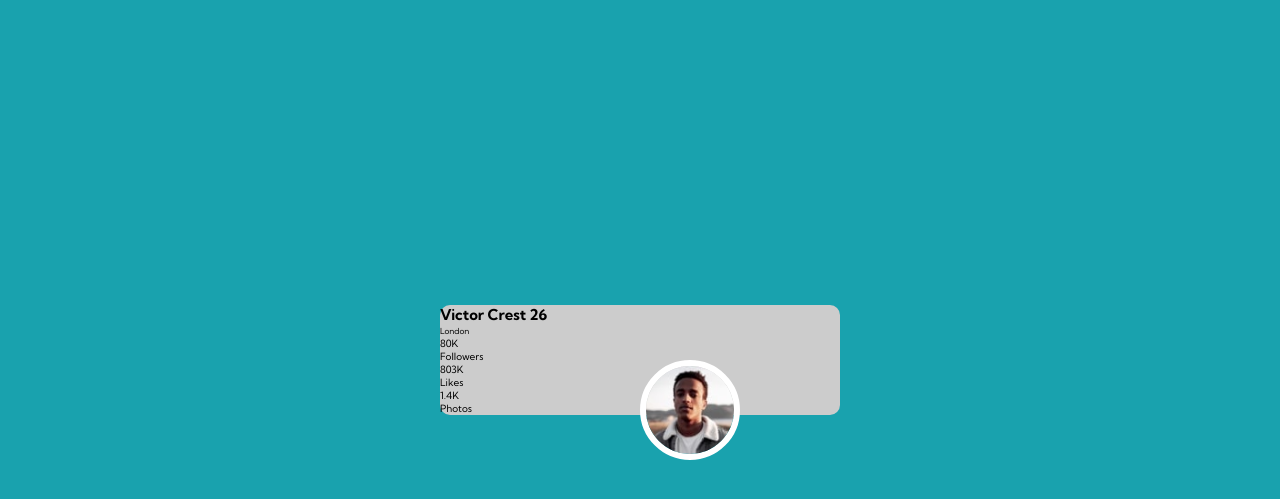
Repository: thaibaocoder1/profile-card-component-main
Page: index.html
An editor plug-in stored every save of this project. The page is shown before and after the next save, followed by the edit.
The browser window is 1280 px wide. The pictures show the whole page.

Above is the page before, as saved 2023-01-11 13:32:54.

After the next save:
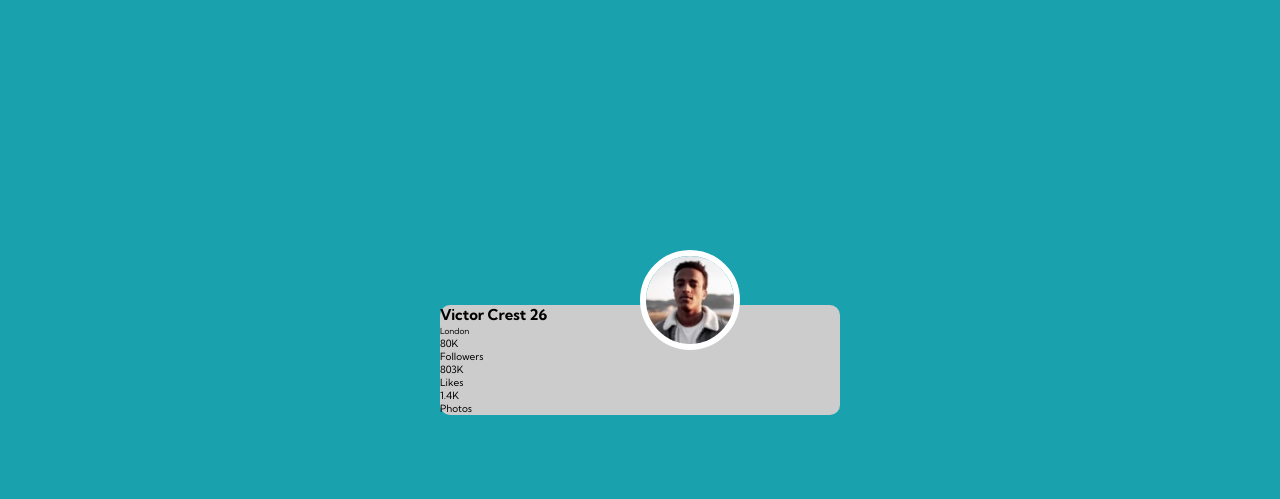
Saved 83 s later.
--- a/style.css
+++ b/style.css
@@ -43,6 +43,6 @@ body {
     object-fit: cover;
     border: 6px solid #fff;
     position: absolute;
-    top: 50%;
+    top: -50%;
     left: 50%;
 }
